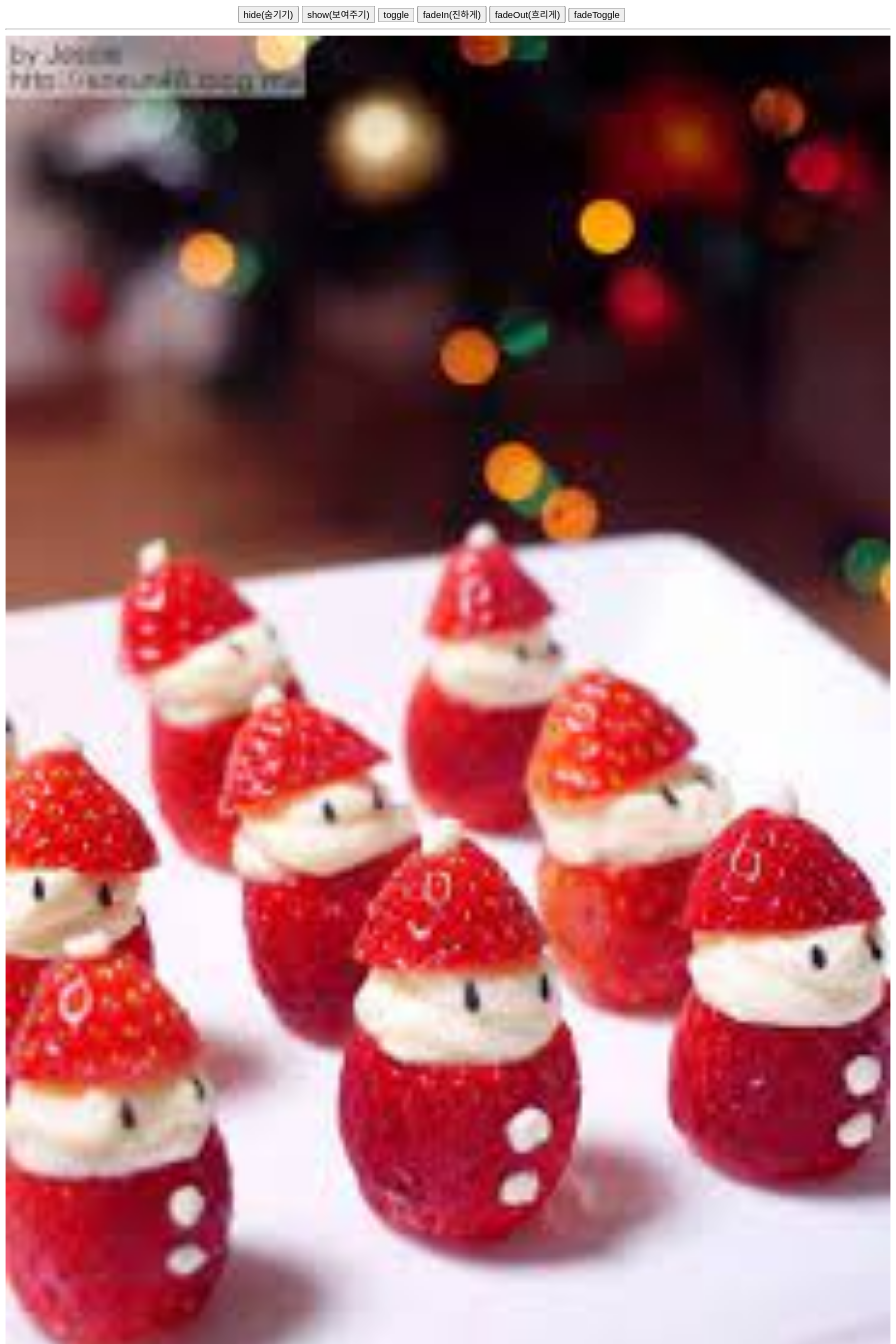
Repository: KangSuA/JSP
Page: webApp/src/main/webapp/jquery/jq14_effect.html
These files come from the project's save history. The page is drawn as it stood at one moment and after the next save; the edit follows.
The browser window is 1280 px wide. The pictures show the part of the page from y = 0 to 1920 px (the page is 2797 px tall before and 2818 px after), at 70% of full size.

Above is the page before, as saved 2023-02-15 07:30:23.

After the next save:
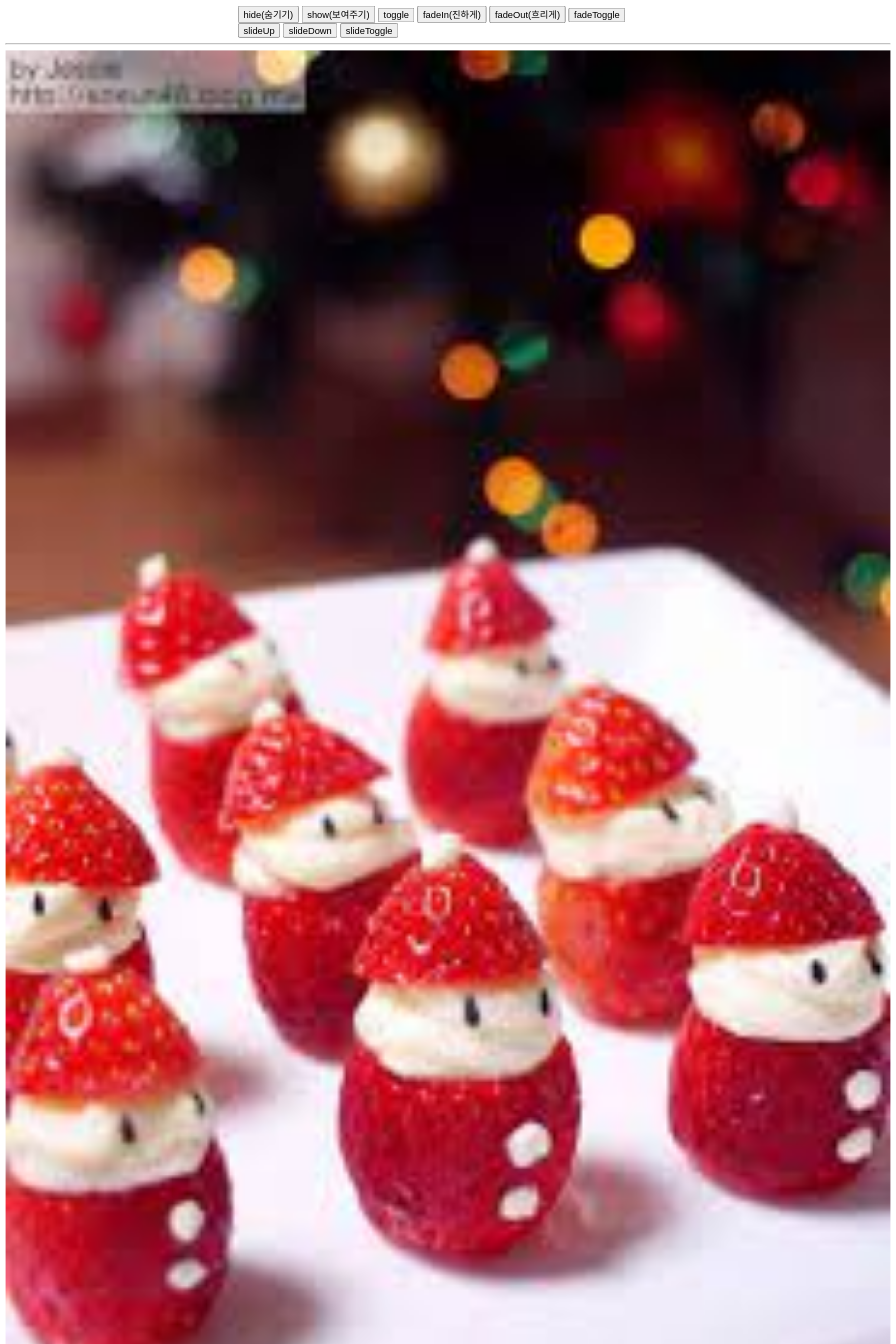
Saved 5 min 53 s later.
--- a/webApp/src/main/webapp/jquery/jq14_effect.html
+++ b/webApp/src/main/webapp/jquery/jq14_effect.html
@@ -37,6 +37,18 @@
 		$('#fadeToggle').click(function(){
 			img.fadeToggle(2000);
 		});
+		//slideUp
+		$('#slideUp').click(function(){
+			img.slideUp(3000);
+		});
+		//slideDown
+		$('#slideDown').click(function(){
+			img.slideDown(3000);
+		});
+		//slideToggle
+		$('#slideToggle').click(function(){
+			img.slideToggle(3000);
+		});
 	});
 </script>
 </head>
@@ -48,6 +60,9 @@
 	<input type="button" value="fadeIn(진하게)" id="fadeIn"/>
 	<input type="button" value="fadeOut(흐리게)" id="fadeOut"/>
 	<input type="button" value="fadeToggle" id="fadeToggle"/>
+	<input type="button" value="slideUp" id="slideUp"/>
+	<input type="button" value="slideDown" id="slideDown"/>
+	<input type="button" value="slideToggle" id="slideToggle"/>
 </div>
 <hr/>
 <img src="../img/01.jfif"/>
